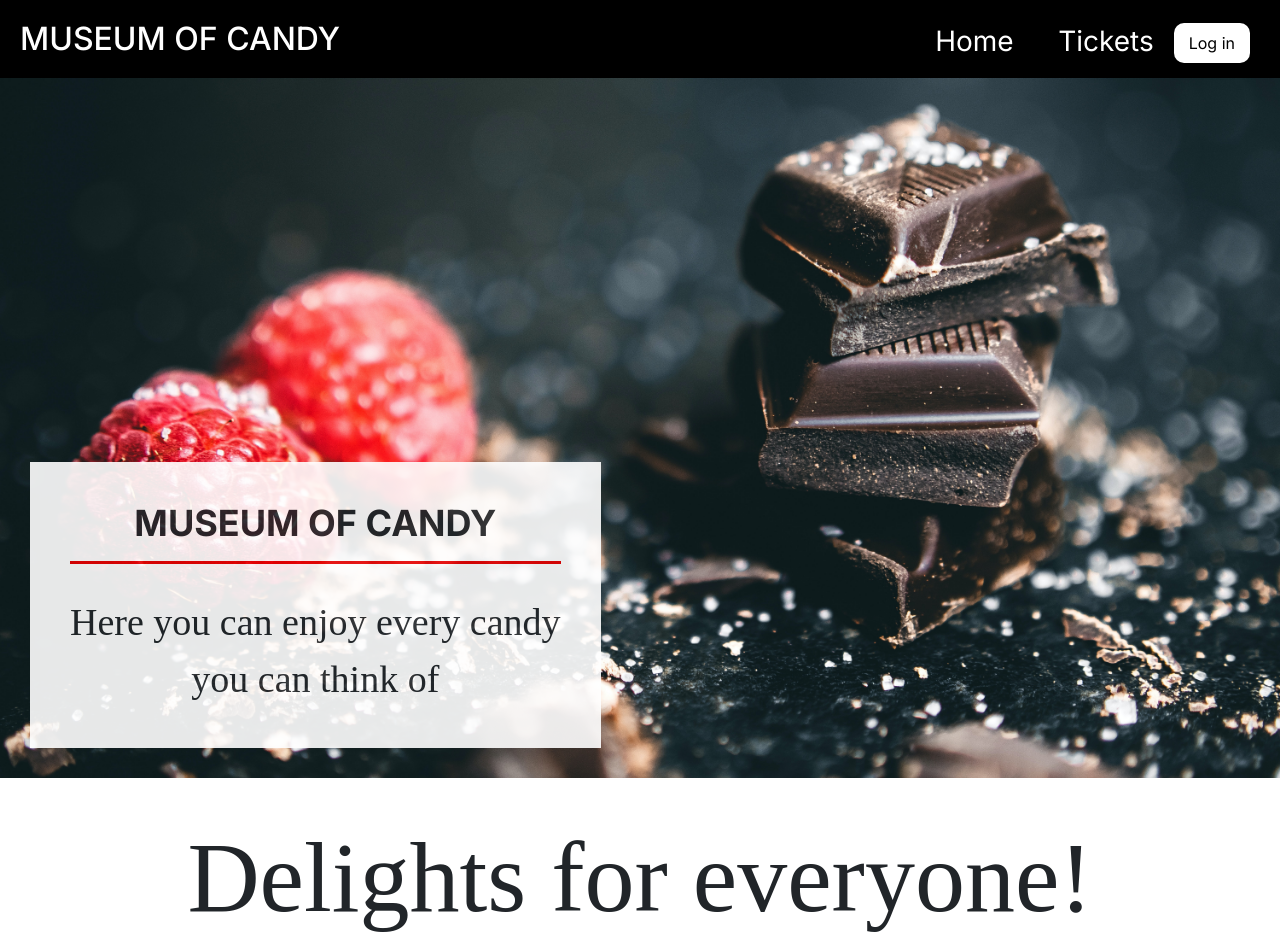
Repository: m-koparanova/MuseumOfCandy
Page: index.html
An editor plug-in stored every save of this project. The page is shown before and after the next save, followed by the edit.
The browser window is 1280 px wide. The pictures show the part of the page from y = 0 to 952 px (the page is 1418 px tall).
Some web fonts or font styles are not loaded; a fallback is used.

Above is the page before, as saved 2023-03-05 21:13:13.

After the next save:
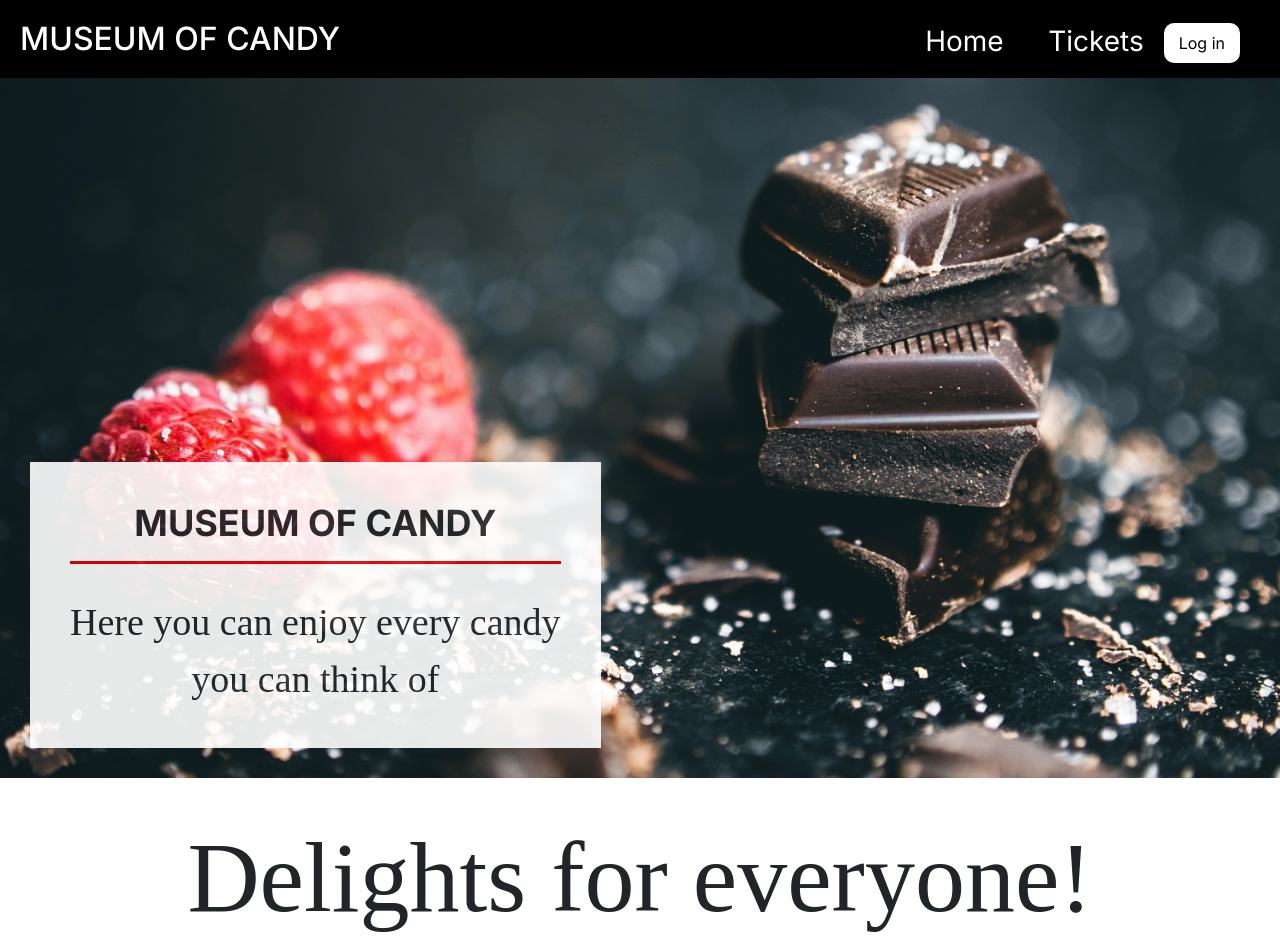
Saved 18 s later.
--- a/style.css
+++ b/style.css
@@ -53,6 +53,7 @@
     border-radius: 10px;
     padding: 8px 15px 8px 15px;
     margin-right: 30px;
+    margin-right: 40px;
     margin-bottom: 15px;
     font-family: 'Inter', sans-serif;
     text-align: center;
